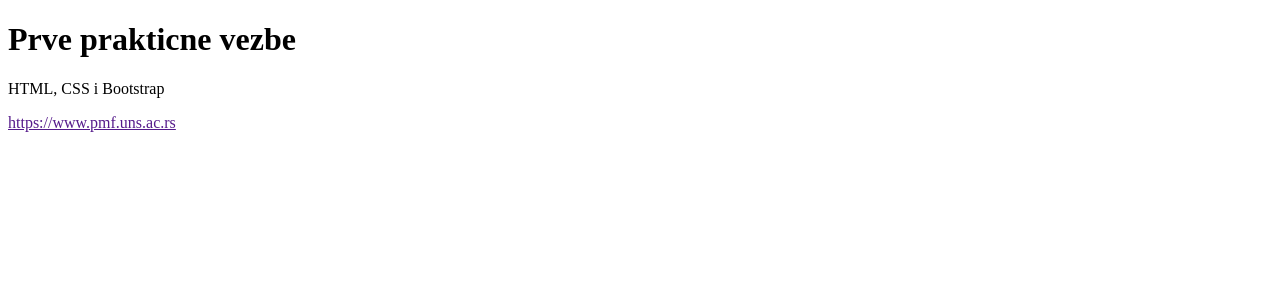
Repository: bojanludajic/Razvoj-Informacionih-Sistema
Page: Vezbe1/src/main/webapp/index.html
These files come from the project's save history. The page is drawn as it stood at one moment and after the next save; the edit follows.
The browser window is 1280 px wide. The pictures show the whole page.

Above is the page before, as saved 2024-10-22 11:29:44.

### Vezbe1/src/main/webapp/index.html
<!DOCTYPE html>
<html>
<head>
<meta charset="UTF-8">
<title>Razvoj informacionih sistema</title>
</head>
<body>
<h1>Prve prakticne vezbe</h1>
<p>HTML, CSS i Bootstrap</p>

<a href>https://www.pmf.uns.ac.rs</a>
</body>
</html>

After the next save:
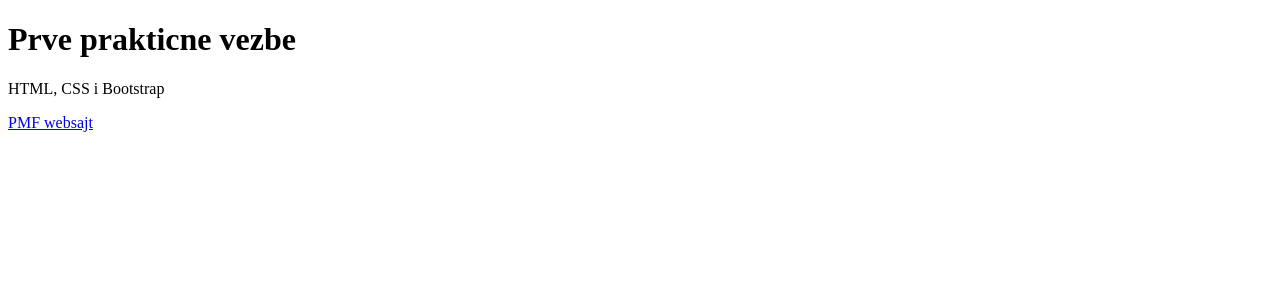
Saved 15 s later.
--- a/Vezbe1/src/main/webapp/index.html
+++ b/Vezbe1/src/main/webapp/index.html
@@ -8,6 +8,6 @@
 <h1>Prve prakticne vezbe</h1>
 <p>HTML, CSS i Bootstrap</p>
 
-<a href>https://www.pmf.uns.ac.rs</a>
+<a href="https://www.pmf.uns.ac.rs">PMF websajt</a>
 </body>
 </html>
